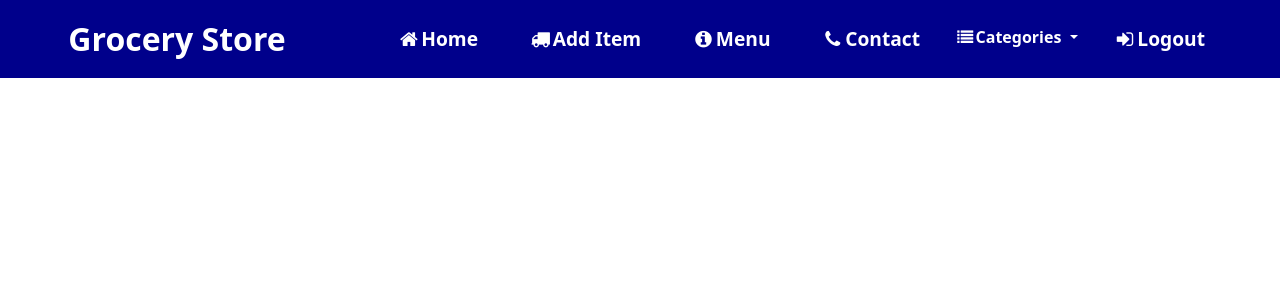
Repository: NagaMounikaY/GroceriesSubscriptionBookingManagement
Page: http://localhost/GroceriesSubBookingSystem/sellerHeader.jsp
The author's editor kept a copy of each file at every save. The page is drawn from the files as they stood at one save, then again after the next save.
The browser window is 1280 px wide. The pictures show the whole page.
The page is served by Tomcat 9. Other server files are loaded and not shown.

Above is the page before, as saved 2024-09-13 02:59:38.

### GroceriesSubBookingSystem/src/main/webapp/sellerHeader.jsp
<%@ page language="java" contentType="text/html; charset=ISO-8859-1"
    pageEncoding="ISO-8859-1" isELIgnored="false"%>
<!DOCTYPE html PUBLIC "-//W3C//DTD HTML 4.01 Transitional//EN" "http://www.w3.org/TR/html4/loose.dtd">
<html>
<head>
<meta http-equiv="Content-Type" content="text/html; charset=ISO-8859-1">
<title>Courier Booking System</title>
<link href="https://stackpath.bootstrapcdn.com/bootstrap/5.3.0/css/bootstrap.min.css" rel="stylesheet">
<link rel="stylesheet" href="https://cdnjs.cloudflare.com/ajax/libs/font-awesome/4.7.0/css/font-awesome.min.css">
<style>
     /* Header */
        header {
            background: #00008B;
            color: #fff;
            padding: 15px 0;
            position: fixed;
            width: 100%;
            top: 0;
            left: 0;
            z-index: 1000;
        }

        header .container {
            display: flex;
            justify-content: space-between;
            align-items: center;
            max-width: 1200px;
            margin: 0 auto;
            padding: 0 20px;
        }

        header .logo {
            font-size: 2em; /* Increased size for the logo */
            font-weight: bold;
        }

        header nav ul {
            list-style: none;
            display: flex;
            margin: 0;
        }

        header nav ul li {
            margin-left: 20px;
        }

        header nav ul li a {
            color: #fff;
            text-decoration: none;
            padding: 10px 15px; /* Increased padding for better click area */
            font-size: 1.2em; /* Increased font size for navigation links */
            border-radius: 5px;
        }

        header nav ul li a:hover {
            background: #575757;
        }
    </style>
</head>
<body>
  <!-- Header -->
    <header>
        <div class="container">
            <div class="logo"><i class="fa fa-box"></i> Grocery Store</div>
            <nav>
                <ul>
                    <li><a href="${pageContext.request.contextPath}/home.jsp"><i class="fa fa-fw fa-home"></i><strong>Home</strong></a></li>
                    <li><a href="${pageContext.request.contextPath}/groceries/add"><i class="fa fa-fw fa-truck"></i><strong>Add Item</strong></a></li>
                    <li><a href="${pageContext.request.contextPath}/groceries/list"><i class="fa fa-fw fa-info-circle"></i><strong>Menu</strong></a></li>
                    <li><a href=""><i class="fa fa-fw fa-phone"></i><strong>Contact</strong></a></li>

                    <!-- Dropdown Menu -->
                    <li class="nav-item dropdown">
                        <a class="nav-link dropdown-toggle" href="#" id="categoryDropdown" role="button" data-bs-toggle="dropdown" aria-expanded="false">
                            <i class="fa fa-fw fa-list"></i><strong>Categories</strong>
                        </a>
                        <ul class="dropdown-menu" aria-labelledby="categoryDropdown">
                            <li><a class="dropdown-item" href="${pageContext.request.contextPath}/categories/add"><i class="fa fa-fw fa-user-plus"></i> Add Category</a></li>
                            <li><a class="dropdown-item" href="${pageContext.request.contextPath}/categories/list"><i class="fa fa-fw fa-list"></i> List Categories</a></li>
                        </ul>
                    </li>

                    <li><a href="${pageContext.request.contextPath}/home.jsp"><i class="fa fa-fw fa-sign-in"></i><strong>Logout</strong></a></li>
                </ul>
            </nav>
        </div>
    </header>

    <script src="https://code.jquery.com/jquery-3.5.1.slim.min.js"></script>
<script src="https://cdn.jsdelivr.net/npm/@popperjs/core@2.11.6/dist/umd/popper.min.js"></script>
<script src="https://stackpath.bootstrapcdn.com/bootstrap/5.3.0/js/bootstrap.bundle.min.js"></script>

</body>
</html>

After the next save:
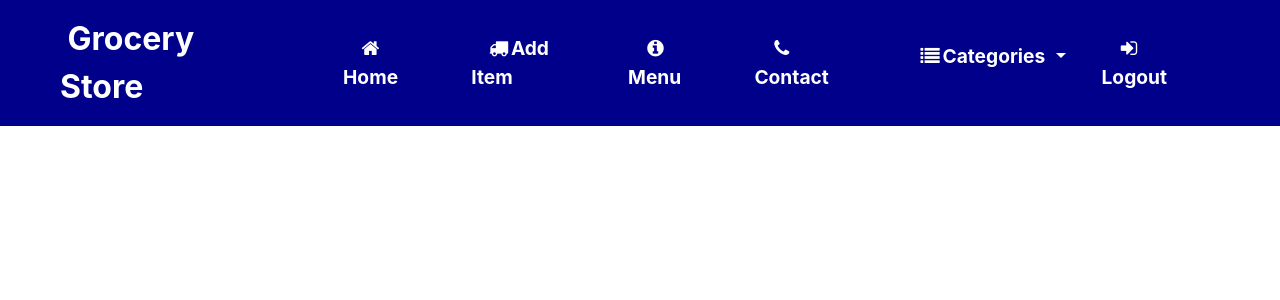
Saved 96 s later.
--- a/GroceriesSubBookingSystem/src/main/webapp/sellerHeader.jsp
+++ b/GroceriesSubBookingSystem/src/main/webapp/sellerHeader.jsp
@@ -5,7 +5,9 @@
 <head>
 <meta http-equiv="Content-Type" content="text/html; charset=ISO-8859-1">
 <title>Courier Booking System</title>
-<link href="https://stackpath.bootstrapcdn.com/bootstrap/5.3.0/css/bootstrap.min.css" rel="stylesheet">
+ <link rel="stylesheet" href="https://stackpath.bootstrapcdn.com/bootstrap/4.3.1/css/bootstrap.min.css"
+        integrity="sha384-ggOyR0iXCbMQv3Xipma34MD+dH/1fQ784/j6cY/iJTQUOhcWr7x9JvoRxT2MZw1T"
+        crossorigin="anonymous">
 <link rel="stylesheet" href="https://cdnjs.cloudflare.com/ajax/libs/font-awesome/4.7.0/css/font-awesome.min.css">
 <style>
      /* Header */

After the save that followed:
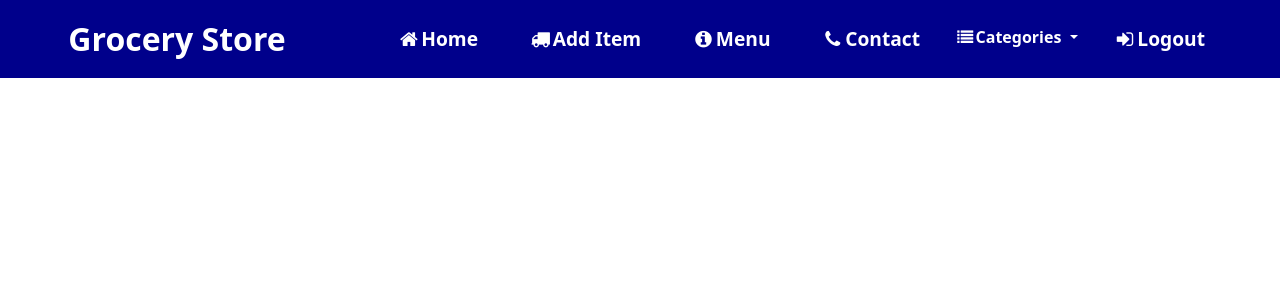
Saved 22 s later.
--- a/GroceriesSubBookingSystem/src/main/webapp/sellerHeader.jsp
+++ b/GroceriesSubBookingSystem/src/main/webapp/sellerHeader.jsp
@@ -5,59 +5,57 @@
 <head>
 <meta http-equiv="Content-Type" content="text/html; charset=ISO-8859-1">
 <title>Courier Booking System</title>
- <link rel="stylesheet" href="https://stackpath.bootstrapcdn.com/bootstrap/4.3.1/css/bootstrap.min.css"
-        integrity="sha384-ggOyR0iXCbMQv3Xipma34MD+dH/1fQ784/j6cY/iJTQUOhcWr7x9JvoRxT2MZw1T"
-        crossorigin="anonymous">
+<link href="https://stackpath.bootstrapcdn.com/bootstrap/5.3.0/css/bootstrap.min.css" rel="stylesheet">
 <link rel="stylesheet" href="https://cdnjs.cloudflare.com/ajax/libs/font-awesome/4.7.0/css/font-awesome.min.css">
 <style>
-     /* Header */
-        header {
-            background: #00008B;
-            color: #fff;
-            padding: 15px 0;
-            position: fixed;
-            width: 100%;
-            top: 0;
-            left: 0;
-            z-index: 1000;
-        }
+/* Header */
+header {
+    background: #00008B;
+    color: #fff;
+    padding: 15px 0;
+    position: fixed;
+    width: 100%;
+    top: 0;
+    left: 0;
+    z-index: 1000;
+}
 
-        header .container {
-            display: flex;
-            justify-content: space-between;
-            align-items: center;
-            max-width: 1200px;
-            margin: 0 auto;
-            padding: 0 20px;
-        }
+header .container {
+    display: flex;
+    justify-content: space-between;
+    align-items: center;
+    max-width: 1200px;
+    margin: 0 auto;
+    padding: 0 20px;
+}
 
-        header .logo {
-            font-size: 2em; /* Increased size for the logo */
-            font-weight: bold;
-        }
+header .logo {
+    font-size: 2em; /* Increased size for the logo */
+    font-weight: bold;
+}
 
-        header nav ul {
-            list-style: none;
-            display: flex;
-            margin: 0;
-        }
+header nav ul {
+    list-style: none;
+    display: flex;
+    margin: 0;
+}
 
-        header nav ul li {
-            margin-left: 20px;
-        }
+header nav ul li {
+    margin-left: 20px;
+}
 
-        header nav ul li a {
-            color: #fff;
-            text-decoration: none;
-            padding: 10px 15px; /* Increased padding for better click area */
-            font-size: 1.2em; /* Increased font size for navigation links */
-            border-radius: 5px;
-        }
+header nav ul li a {
+    color: #fff;
+    text-decoration: none;
+    padding: 10px 15px; /* Increased padding for better click area */
+    font-size: 1.2em; /* Increased font size for navigation links */
+    border-radius: 5px;
+}
 
-        header nav ul li a:hover {
-            background: #575757;
-        }
-    </style>
+header nav ul li a:hover {
+    background: #575757;
+}
+</style>
 </head>
 <body>
   <!-- Header -->
